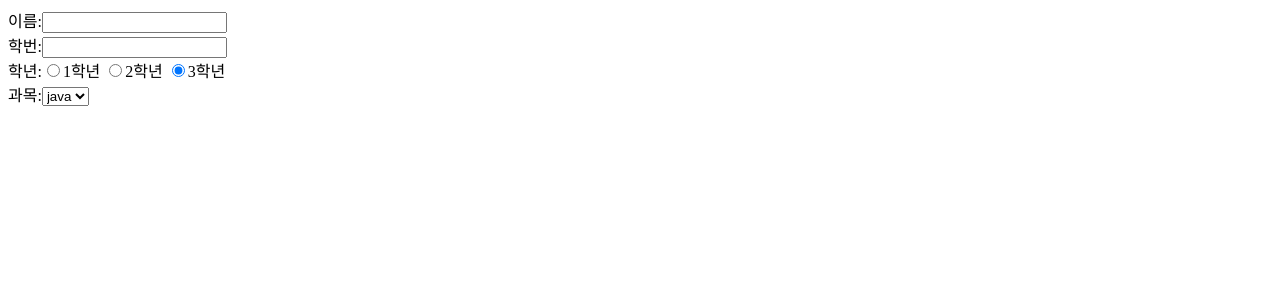
Repository: binkalos/JSP-STUDY
Page: http://localhost/chapter7/requestTestForm.jsp
An editor plug-in stored every save of this project. The page is shown before and after the next save, followed by the edit.
The browser window is 1280 px wide. The pictures show the whole page.
The page is served by Tomcat 9.

Above is the page before, as saved 2019-06-14 01:48:51.

### chapter7/WebContent/requestTestForm.jsp
<%@ page language="java" contentType="text/html; charset=UTF-8"
    pageEncoding="UTF-8"%>
<!DOCTYPE html>
<html>
<head>
<meta charset="UTF-8">
<title>Insert title here</title>
</head>
<body>
	<form method="post" action="requestTestProc.jsp">
		이름:<input type="text" name="num"><br>
		학번:<input type="text" name="name"><br>
		학년:<input type="radio" name="gender" value="1">1학년
			<input type="radio" name="gender" value="2">2학년
			<input type="radio" name="gender" value="3" checked="checked">3학년
		<br>

		과목:<select name="subject">
				<option value="java">java</option>
				<option value="java">java</option>
				<option value="java">java</option>
			</select>

	</form>
</body>
</html>

After the next save:
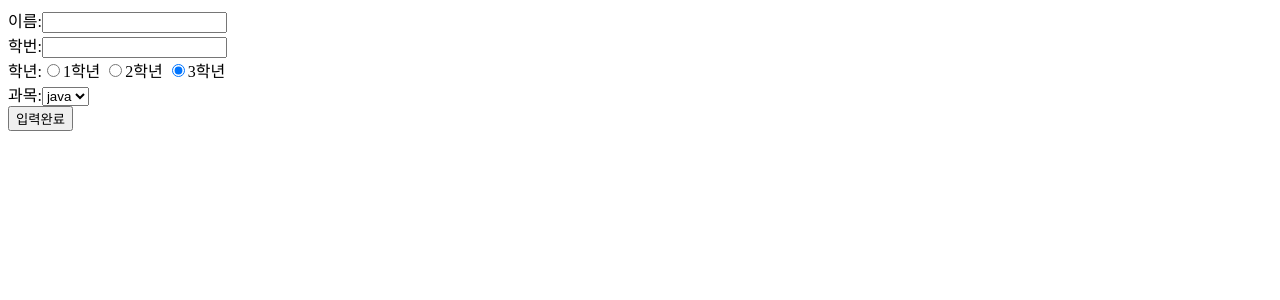
Saved 21 s later.
--- a/chapter7/WebContent/requestTestForm.jsp
+++ b/chapter7/WebContent/requestTestForm.jsp
@@ -20,7 +20,8 @@
 				<option value="java">java</option>
 				<option value="java">java</option>
 			</select>
-
+		<br>
+		<input type="submit" value="입력완료">
 	</form>
 </body>
 </html>
